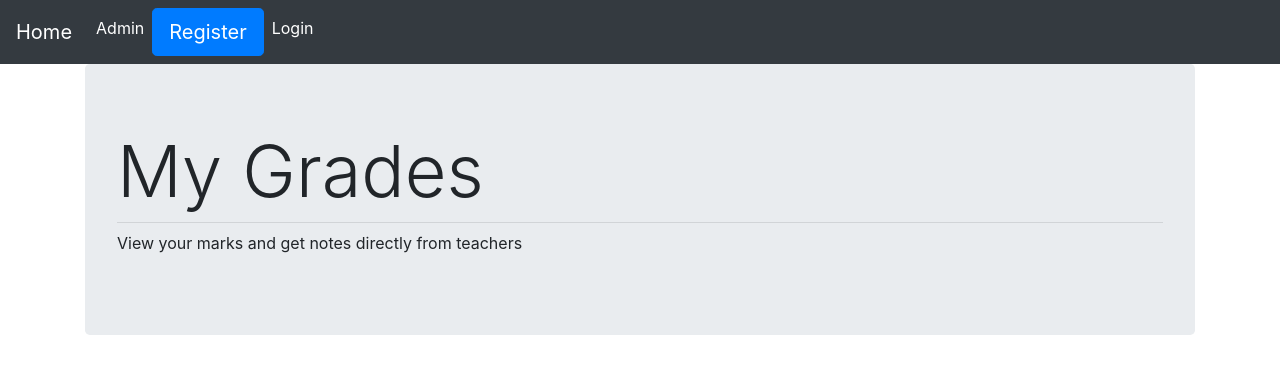
Repository: prabhat8701/nextgrowth_lab_task-main
Page: http://localhost/
An editor plug-in stored every save of this project. The page is shown before and after the next save, followed by the edit.
The browser window is 1280 px wide. The pictures show the whole page.
The page is served by the project's application, run on Django 4.2 (manage.py). Other server files are loaded and not shown.

Above is the page before, as saved 2023-07-30 20:19:29.

### nextgrowAi/SET_2/next_project/templates/gradesApp/index.html
{% extends 'gradesApp/base.html' %}
{% block body_block %}

<div class="jumbotron">
    <h1 class="display-3">My Grades</h1>
    <hr class="my-2">
    <p>View your marks and get notes directly from teachers</p>
</div>

{% endblock %}

### nextgrowAi/SET_2/next_project/templates/gradesApp/base.html
<!DOCTYPE html>
<html lang="en">
<head>
    <meta charset="UTF-8">
    <meta name="viewport" content="width=device-width, initial-scale=1.0">
    <meta http-equiv="X-UA-Compatible" content="ie=edge">
    <title>myGrades</title>
    <link rel="stylesheet" href="https://stackpath.bootstrapcdn.com/bootstrap/4.3.1/css/bootstrap.min.css" integrity="sha384-ggOyR0iXCbMQv3Xipma34MD+dH/1fQ784/j6cY/iJTQUOhcWr7x9JvoRxT2MZw1T" crossorigin="anonymous">
</head>
<body>
    <nav class="navbar navbar-expand-sm navbar-dark bg-dark">
        <a class="navbar-brand" href="{% url 'index' %}">Home</a>
        <button class="navbar-toggler d-lg-none" type="button" data-toggle="collapse" data-target="#collapsibleNavId" aria-controls="collapsibleNavId"
            aria-expanded="false" aria-label="Toggle navigation"></button>
        <div class="collapse navbar-collapse" id="collapsibleNavId">
            <ul class="navbar-nav mr-auto mt-2 mt-lg-0">
                <li class="nav-item active">
                    <a class="nav-link" href="{% url "admin:index" %}">Admin</a>
                </li>
                <li class="nav-item active">
                    <a class="btn btn-primary btn-lg" href="{% url 'register' %}" role="button">Register</a>

                </li>
                {% if user.is_authenticated %}
                    <li class="nav-item active">
                        <a class="nav-link" href="{% url 'dashboard' %}">Dashboard</a>

                    </li>
                    <li class="nav-item active">
                        <a class="nav-link" href="{% url 'logout' %}">Logout</a>
                    </li>
                {% else %}
                    <li class="nav-item active">

                        <a class="nav-link" href="{% url 'userLogin' %}">Login</a>

                    </li>
                {% endif %}

            </ul>

        </div>
    </nav>
    <div class="container">
        {% block body_block %}
        {% endblock %}
    </div>
</body>
</html>

### nextgrowAi/SET_2/next_project/next_app/views.py
from django.shortcuts import render

# Create your views here.
from django.shortcuts import render

# Create your views here.
from django.shortcuts import render,redirect
from next_app.forms import Admin_User_Form,Common_User_Form,Admin_User_AddForm,Common_User_AddForm
from django.http import HttpResponse,HttpResponseRedirect
from django.contrib.auth.decorators import login_required
from django.urls import reverse
from django.contrib.auth import authenticate,login,logout
from next_app.models import Admin_User,Common_User
from django.contrib.auth.models import User

# Create your views here.

def index(request):
    return render(request,'gradesApp/index.html')


@login_required
def userLogout(request):
    logout(request)
    return HttpResponseRedirect(reverse('index'))


def register(request):
    return render(request,'gradesApp/register.html')

def registeradmin(request):
    registered=False
    if request.method=='POST':
        var_adminForm=Admin_User_Form(request.POST)
        var_adminAddForm=Admin_User_AddForm(request.POST)
        if var_adminForm.is_valid()and var_adminAddForm.is_valid():
            adminprimary=var_adminForm.save()
            adminprimary.set_password(adminprimary.password)
            adminprimary.save()
            adminAdd=var_adminAddForm.save(commit=False)
            adminAdd.admin_user=adminprimary
            adminAdd.save()
            registered=True
    else:
        var_adminForm=Admin_User_Form()
        var_adminAddForm=Admin_User_AddForm()
    data={
        'var_adminForm':var_adminForm,
        'var_adminAddForm':var_adminAddForm,
        'registered':registered
        }
    return render(request,'gradesApp/registeradmin.html',data)


def registeruser(request):
    registered=False
    if request.method=='POST':
        var_userForm=Common_User_Form(request.POST)
        var_userAddForm=Common_User_AddForm(request.POST)
        if var_userForm.is_valid()and var_userAddForm.is_valid():
            userprimary=var_userForm.save()
            userprimary.set_password(userprimary.password)
            userprimary.save()
            userAdd=var_userAddForm.save(commit=False)
            userAdd.common_user=userprimary
            userAdd.save()
            registered=True
    else:
        var_userForm=Common_User_Form()
        var_userAddForm=Common_User_AddForm()
    data={
        'var_userForm':var_userForm,
        'var_userAddForm':var_userAddForm,
        'registered':registered}
    return render(request,'gradesApp/registeruser.html',data)

def userLogin(request):
    invalidlogin=False
    if request.method=='POST':
        username=request.POST.get('username')
        password=request.POST.get('password')
        user=authenticate(username=username,password=password)
        if user:
            if user.is_active:
                login(request,user)
                return HttpResponseRedirect(reverse('index'))
            else:
                return HttpResponse('Account not active')
        else:
            invalidlogin=True
            return redirect('/gradesApp/login/')
    else:
        return render(request,'gradesApp/login.html',{'invalidlogin':invalidlogin})


# from django.shortcuts import render, redirect
# from .models import Admin_User, Common_User
# from django.contrib.auth.decorators import login_required

@login_required
def dashboard(request):
    print("request",request.user)
    try:
        current=Admin_User.objects.get(admin_user=request.user)
        print("current",current)
        is_admin_user = True
    except Admin_User.DoesNotExist:
        current=Common_User.objects.get(common_user=request.user)
        print("current",current)
        is_admin_user = False

    if is_admin_user:
        return redirect('/studentDash/')
    else:
        return redirect('/teacherDash/')
    return render(request,'gradesApp/dashboard.html')




from django.shortcuts import render, redirect
from .models import Admin_User, Common_User
from django.contrib.auth.decorators import login_required


# @login_required
# def dashboard(request):
#     print("request", request.user)
#     try:
#         # Try to fetch the Admin_User object for the current user
#         current = Admin_User.objects.get(admin_user=request.user)
#         is_admin_user = True
#     except Admin_User.DoesNotExist:
#         # If Admin_User object is not found, try fetching Common_User object
#         try:
#             current = Common_User.objects.get(common_user=request.user)
#             is_admin_user = False
#         except Common_User.DoesNotExist:
#             # If neither Admin_User nor Common_User object is found, handle the situation here
#             # For example, you might want to redirect to a page showing an error message
#             return render(request, 'gradesApp/error.html')

    # if is_admin_user:
    #     return redirect('/studentDash/')
    # else:
    #     return redirect('/teacherDash/')




def studentDash(request):
    return render(request,'gradesApp/studentDash.html')

def teacherDash(request):
    return render(request,'gradesApp/teacherDash.html')

### nextgrowAi/SET_2/next_project/next_project/urls.py
"""next_project URL Configuration

The `urlpatterns` list routes URLs to views. For more information please see:
    https://docs.djangoproject.com/en/4.1/topics/http/urls/
Examples:
Function views
    1. Add an import:  from my_app import views
    2. Add a URL to urlpatterns:  path('', views.home, name='home')
Class-based views
    1. Add an import:  from other_app.views import Home
    2. Add a URL to urlpatterns:  path('', Home.as_view(), name='home')
Including another URLconf
    1. Import the include() function: from django.urls import include, path
    2. Add a URL to urlpatterns:  path('blog/', include('blog.urls'))
"""
from django.contrib import admin
from django.urls import path,include
from next_app import views
urlpatterns = [
    path('next_app/',include('next_app.urls')),
    path('',views.index,name='index'),
    path('admin/', admin.site.urls),
    path('logout/',views.userLogout,name='logout'),
    path('studentDash/',views.studentDash,name='studentDash'),
    path('teacherDash/',views.teacherDash,name='teacherDash'),

]

### nextgrowAi/SET_2/next_project/next_app/urls.py
from django.urls import path
from next_app import views

# app_name='gradesApp'

urlpatterns = [
    path('',views.index,name='index'),
    path('register/',views.register,name='register'),

    path('registeradmin/',views.registeradmin,name='registeradmin'),
    path('registeruser/',views.registeruser,name='registeruser'),

    path('login/',views.userLogin,name='userLogin'),
    path('dashboard',views.dashboard,name='dashboard'),

]

After the next save:
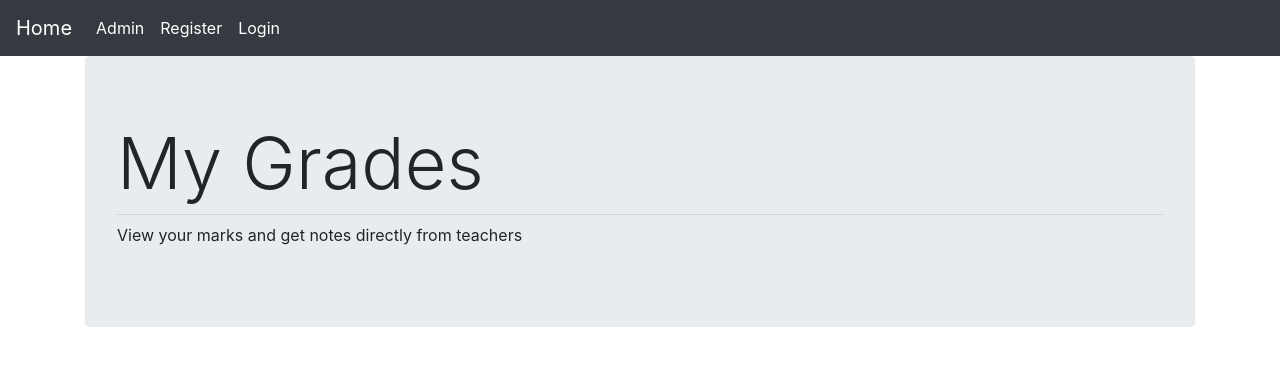
Saved 50 s later.
--- a/nextgrowAi/SET_2/next_project/templates/gradesApp/base.html
+++ b/nextgrowAi/SET_2/next_project/templates/gradesApp/base.html
@@ -18,7 +18,7 @@
                     <a class="nav-link" href="{% url "admin:index" %}">Admin</a>
                 </li>
                 <li class="nav-item active">
-                    <a class="btn btn-primary btn-lg" href="{% url 'register' %}" role="button">Register</a>
+                    <a class="nav-link" href="{% url 'register' %}" role="button">Register</a>
 
                 </li>
                 {% if user.is_authenticated %}
